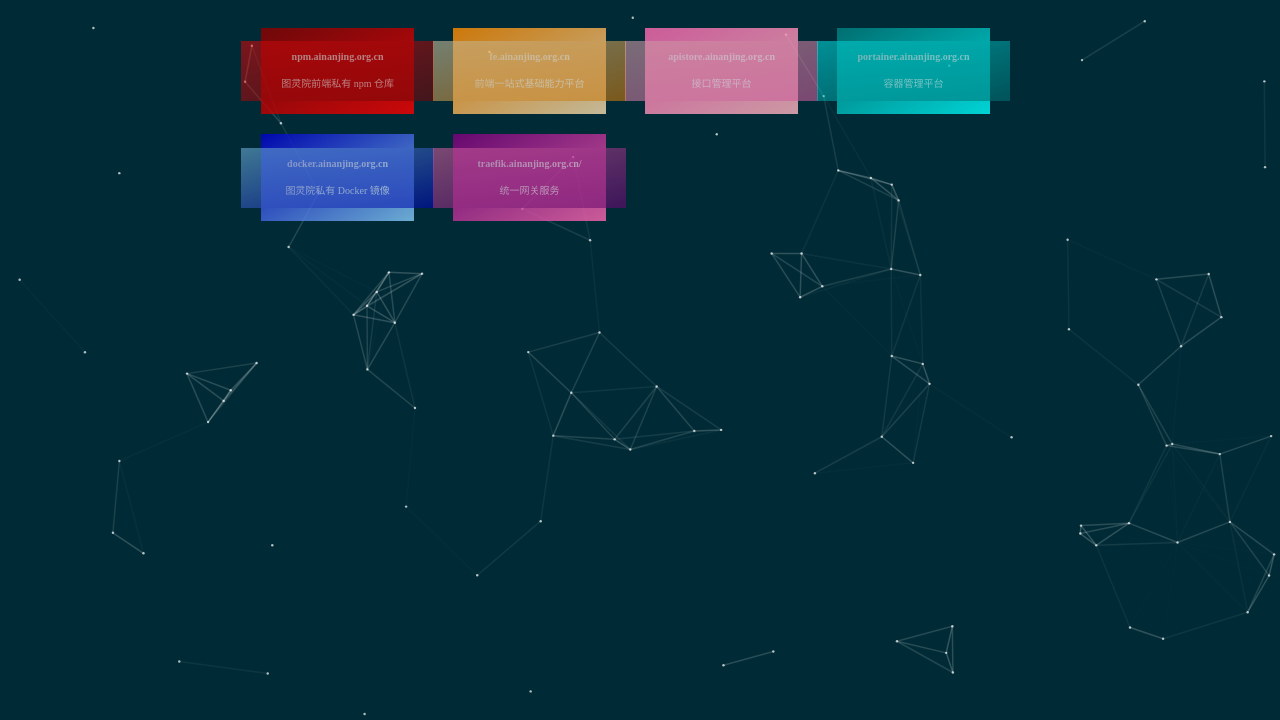
Repository: heweiwei1/portainer
Page: index.html
These files come from the project's save history. The page is drawn as it stood at one moment and after the next save; the edit follows.
The browser window is 1280 px wide. The pictures show the whole page.

Above is the page before, as saved 2021-04-14 13:52:02.

After the next save:
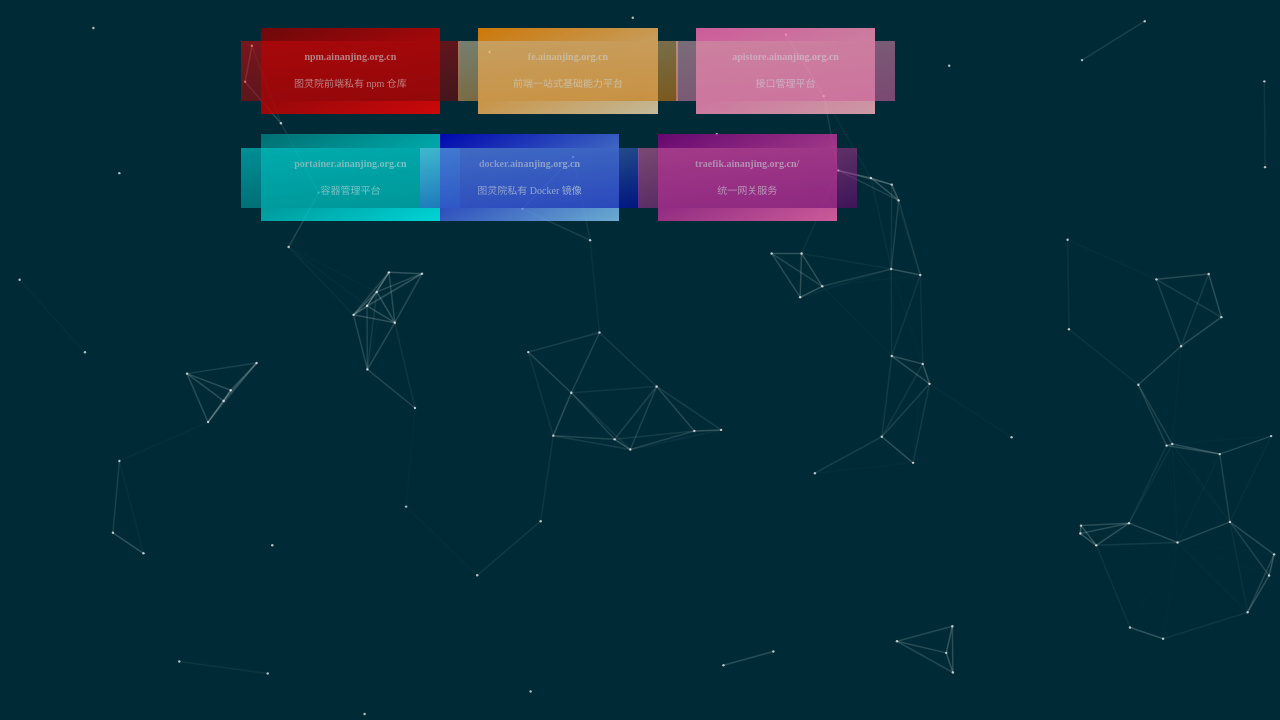
Saved 27 s later.
--- a/index.css
+++ b/index.css
@@ -15,7 +15,7 @@
   display: flex;
   flex-direction: column;
   align-items: center;
-  width: 12vw;
+  width: 14vw;
   height: 6.75vw;
   margin-top: 20px;
   font-size: 10px;

After the save that followed:
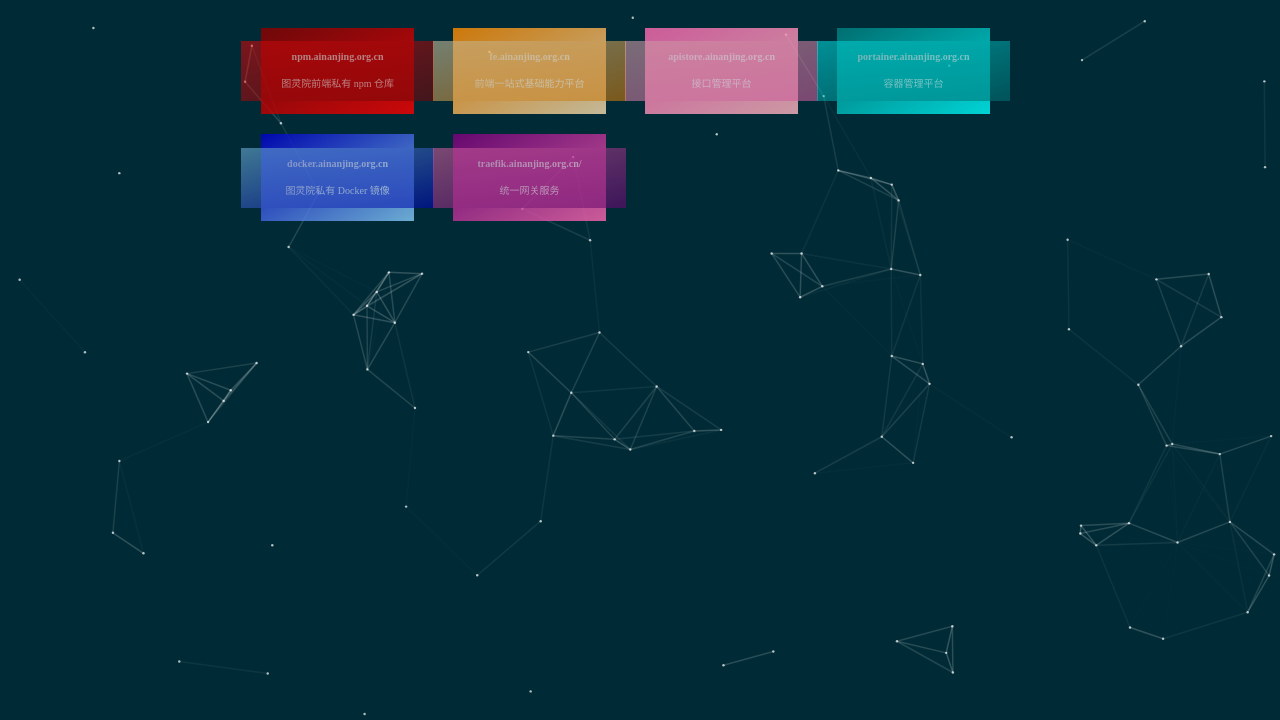
Saved 20 s later.
--- a/index.css
+++ b/index.css
@@ -15,7 +15,7 @@
   display: flex;
   flex-direction: column;
   align-items: center;
-  width: 14vw;
+  width: 12vw;
   height: 6.75vw;
   margin-top: 20px;
   font-size: 10px;
